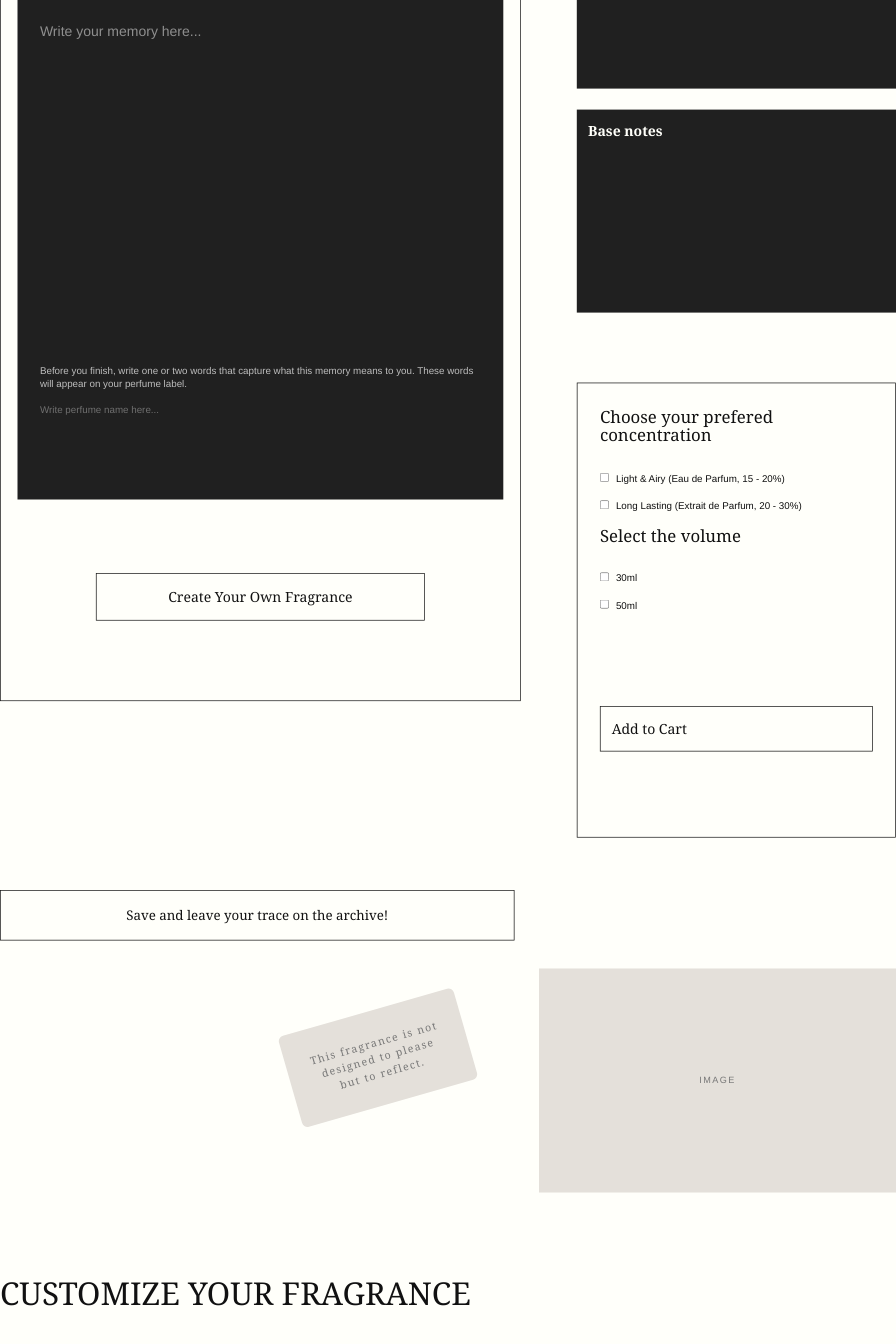
Repository: doagunes/Sillage
Page: /create
The author's editor kept a copy of each file at every save. The page is drawn from the files as they stood at one save, then again after a run of saves.
The browser window is 1280 px wide. The pictures show the part of the page from y = 1082 to 3002 px (the page is 3949 px tall), at 70% of full size.
The project was rebuilt for these pictures with package versions that can differ from the ones it lists, and the page was loaded fresh each time. Also part of the build but not shown: vite.config.js, src/pages/Home.jsx, src/pages/About.css, src/pages/About.jsx, src/data/archiveItems.js, src/pages/Archive.css, src/pages/Archive.jsx, src/pages/ArchiveDetail.css and 1 more.

Above is the page before, as saved 2026-05-22 23:09:23.

After the next 2 saves:
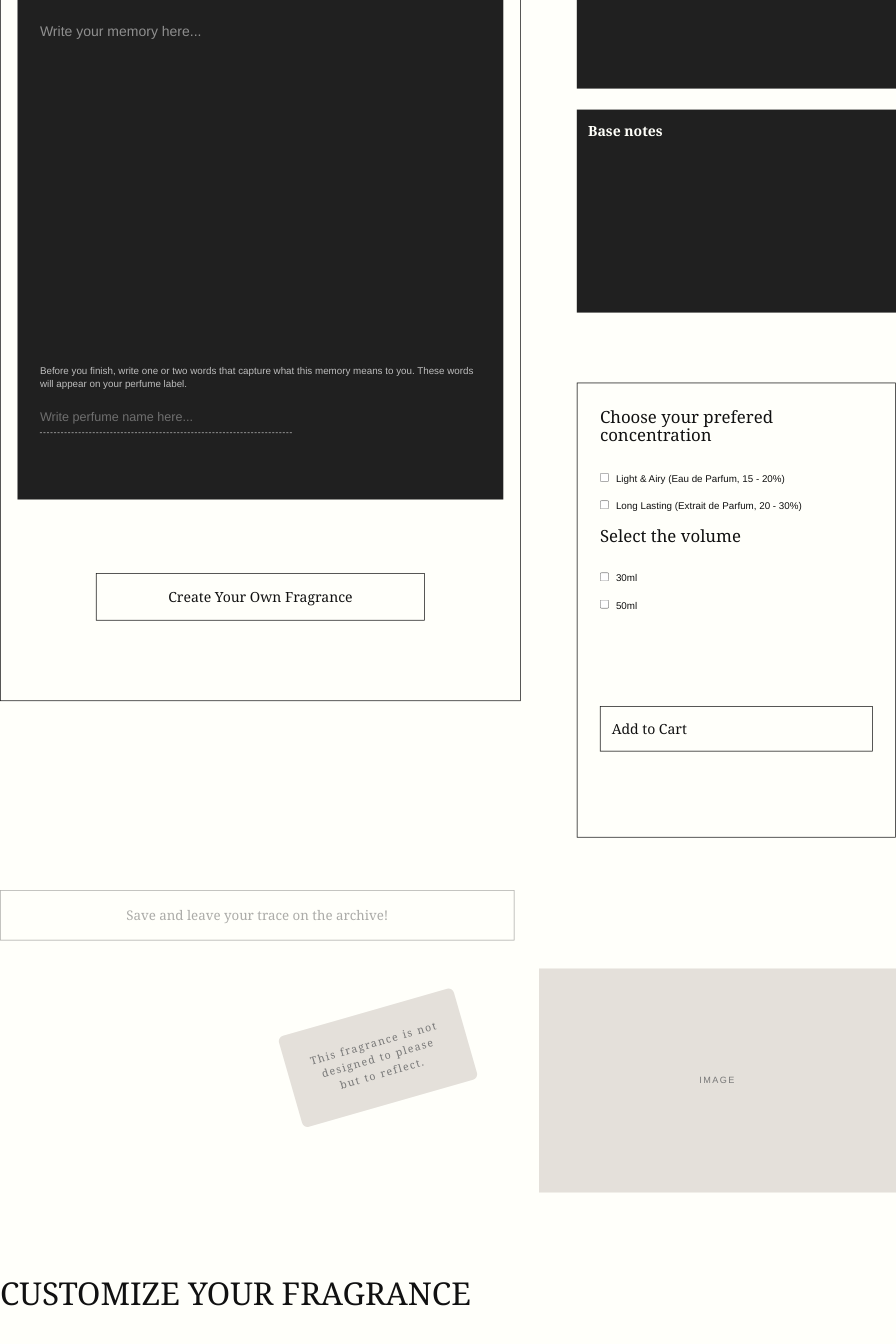
The 2 saves are shown as one change because they came seconds apart.
The last was saved 21 s later.
--- a/src/pages/Create.css
+++ b/src/pages/Create.css
@@ -422,3 +422,18 @@
       margin-left: 16px;
     }
   }
+  .memory-title-input {
+    background: transparent;
+    border: none;
+    border-bottom: 1px dashed #bdbdbd;
+    color: #bdbdbd;
+    font-size: 18px;
+    outline: none;
+    width: 360px;
+    padding: 8px 0;
+  }
+
+  .disabled-save {
+    opacity: 0.35;
+    cursor: not-allowed;
+  }
